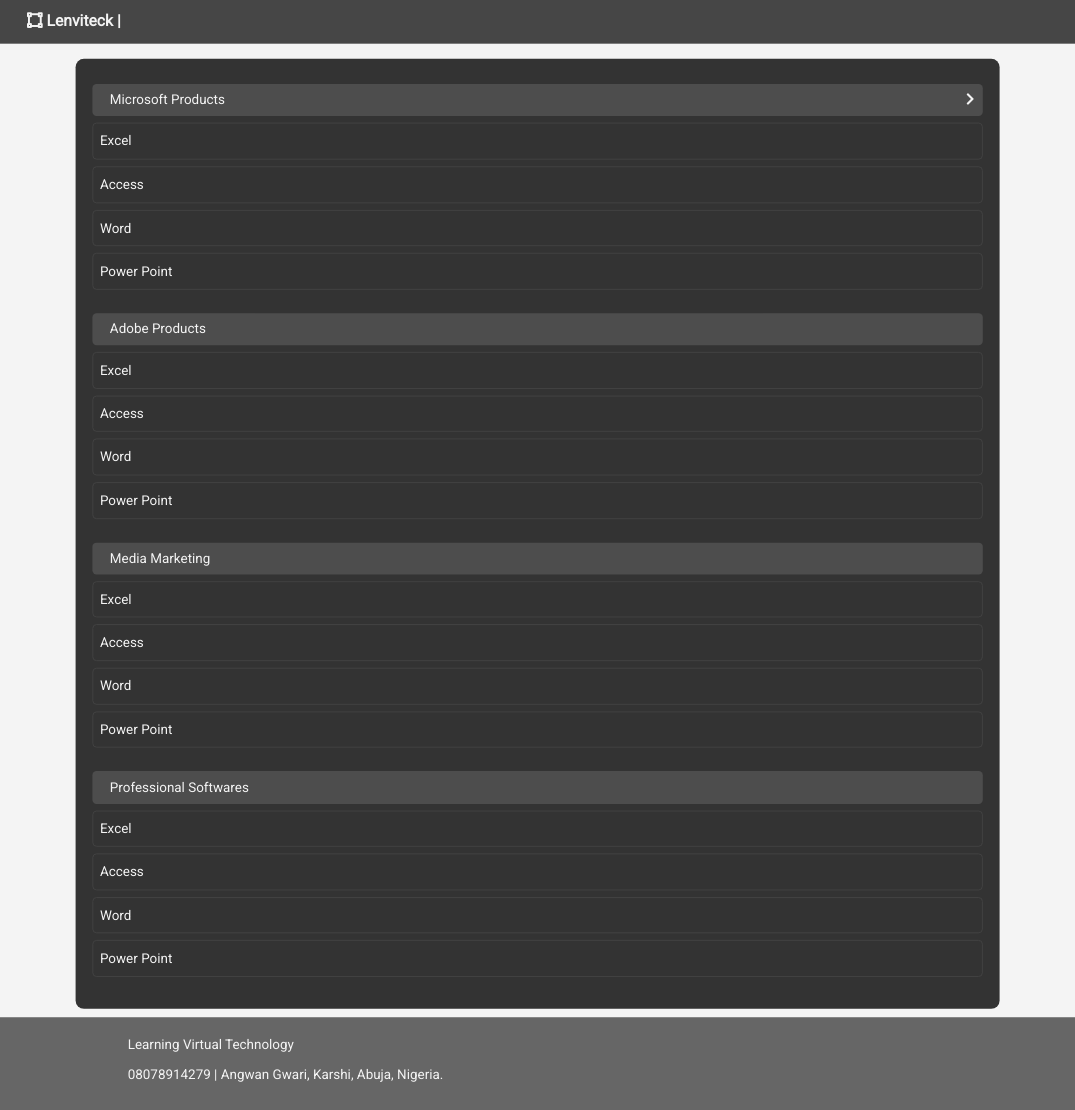
Repository: mxhdiqaim/lenviteck
Page: dist/trainingInstitute.html
These files come from the project's save history. The page is drawn as it stood at one moment and after the next save; the edit follows.
The browser window is 1280 px wide. The pictures show the whole page, at 84% of full size.
Some web libraries are served in a nearby version. The style sheet was rebuilt from its Sass, Less or Tailwind sources for each picture, by a compiler version that may differ from the author's.

Above is the page before, as saved 2021-04-15 17:13:27.

### dist/trainingInstitute.html
<!DOCTYPE html>
<html lang="en">
<head>
    <meta charset="UTF-8">
    <meta http-equiv="X-UA-Compatible" content="IE=edge">
    <meta name="viewport" content="width=device-width, initial-scale=1.0">
    <link rel="stylesheet" href="./styles/main.css">
    <link rel="stylesheet" href="https://pro.fontawesome.com/releases/v5.10.0/css/all.css"
    integrity="sha384-AYmEC3Yw5cVb3ZcuHtOA93w35dYTsvhLPVnYs9eStHfGJvOvKxVfELGroGkvsg+p" crossorigin="anonymous" />
    <title>Lenviteck - Training Institute</title>
</head>
<body>

    <section class="content">
      <nav class="navbar bg-dark">
          <div class="logo">
              <h1><i class="fas fa-vector-square"></i> Lenviteck  <span>|</span></h1>
          </div>
      </nav>
 <section class="container section-1">
    <div class="works-list drop-down">
        <a href="#" class="btn btn-block" >Microsoft Products<span><i class="fas fa-chevron-right"></i></span> </a>
        <ul>
            <li class="card"><a href="#">Excel</a></li>
            <li class="card"><a href="#">Access</a></li>
            <li class="card"><a href="#">Word</a></li>
            <li class="card"><a href="#">Power Point</a></li>
        </ul>
    </div>
    <div class="works-list">
        <a href="#" class="btn btn-block" >Adobe Products</a>
        <ul>
            <li class="card"><a href="#">Excel</a></li>
            <li class="card"><a href="#">Access</a></li>
            <li class="card"><a href="#">Word</a></li>
            <li class="card"><a href="#">Power Point</a></li>
        </ul>
    </div>
    <div class="works-list">
        <a href="#" class="btn btn-block" >Media Marketing</a>
        <ul>
            <li class="card"><a href="#">Excel</a></li>
            <li class="card"><a href="#">Access</a></li>
            <li class="card"><a href="#">Word</a></li>
            <li class="card"><a href="#">Power Point</a></li>
        </ul>
    </div>
    <div class="works-list">
        <a href="#" class="btn btn-block" >Professional Softwares</a>
        <ul>
            <li class="card"><a href="#">Excel</a></li>
            <li class="card"><a href="#">Access</a></li>
            <li class="card"><a href="#">Word</a></li>
            <li class="card"><a href="#">Power Point</a></li>
        </ul>
    </div>
 </section>


  </section>
      <footer>
         <div class="container-1">
             <p id="copy"></p>
         </div>
      </footer>

      <script>

          const date = new Date().getFullYear();

          document.getElementById("copy").innerHTML = ` <p>Learning Virtual Technology </p> <p>08078914279 | Angwan Gwari, Karshi, <span>Abuja, Nigeria</span>. </p>`;
      </script>
  </body>
</html>

### dist/styles/main.scss
// Import
@import url('https://fonts.googleapis.com/css?family=Roboto');

// Global variables
$primary-color: #dc3545;
$dark-color: #333333;
$light-color: #f4f4f4;
$danger-color: #dc3545;
$success-color: #28a745;

// Functions
@function set-text-color($color) {
  @if (lightness($color) > 40) {
    @return #000;
  } @else {
    @return #fff;
  }
}

* {
  padding: 0;
  margin: 0;
  box-sizing: border-box;
}

body {
  font-family: 'Roboto', sans-serif;
  font-size: 1rem;
  line-height: 1.6;
  color: set-text-color($light-color);
  background: $light-color;
}


a {
  color: set-text-color($light-color);
  text-decoration: none;
}

ul {
  list-style: none;
}

img {
  width: 100%;
}

.container {
  max-width: 1100px;
  margin: auto;
  overflow: hidden;
  padding: 0 2rem;
}

.container-1 {
  max-width: 1100px;
  margin-left: 100px;
  overflow: hidden;
  padding: 0 2rem;
}

.section-1 {
  padding: 20px 10px;
  background: $dark-color;
  color: $light-color;
  margin: 10px auto;
  border-radius: 10px;
  // height: calc(100vh - 100px);
  margin-top: 70px;

  .works-list {
    padding: 10px;
    width: 100%;
    transition: all .3s ease;

    ul li a {
      color: $light-color;
      transition: color .3s ease;

      &:hover {
        color: darken($light-color, 10);
      }
    }
  }
}

// cards
.card {
  padding: .5rem;
  border: #444 1px solid;
  border-radius: 5px;
  margin: 0.5rem 0;
}

.btn {
  display: inline-block;
  background: light-color;
  border-radius: 5px;
  padding: 0.4rem 1.3rem;
  font-size: 1rem;
  border: none;
  cursor: pointer;
  margin-right: 0.5rem;
  transition: opacity 0.2s ease-in;
  outline: none;
  background-color: lighten($dark-color, 10);
  color: $light-color;
  display: block;
  width: 100%;
  position: relative;

  span {
    position: absolute;
    right: 10px;
  }
}

.btn:hover {
  background-color: lighten($dark-color, 15);
}

input {
  margin: 1.2rem 0;
}

.btn-primary,
.bg-primary,
.badge-primary,
.alert-primary {
  background: $primary-color;
  color: #fff;
}

.btn-light,
.bg-light,
.badge-light,
.alert-light {
  background: $light-color;
  color: #333;
}

.btn-dark,
.bg-dark,
.badge-dark,
.alert-dark {
  background: $dark-color;
  color: #fff;
}

.btn-danger,
.bg-danger,
.badge-danger,
.alert-danger {
  background: $danger-color;
  color: #fff;
}

.btn-success,
.bg-success,
.badge-success,
.alert-success {
  background: $success-color;
  color: #fff;
}

.btn-white,
.bg-white,
.badge-white,
.alert-white {
  background: #fff;
  color: #333;
  border: #ccc solid 1px;
}



.bg-light,
.badge-light {
  border: #ccc solid 1px;
}

.navbar {
  display: flex;
  justify-content: space-between;
  align-items: center;
  padding: 0.7rem 2rem;
  z-index: 1;
  width: 100%;
  background: $dark-color;
  opacity: 0.9;
  color: $light-color;
  margin-bottom: 1rem;
  position: fixed;
  top: 0;
}

.navbar ul {
  display: flex;
}

.navbar a {
  color: #fff;
  padding: 0.45rem;
  margin: 0 0.25rem;
}

.navbar a:hover {
  color: $light-color;
}


// Footer
footer {
  background: lighten($dark-color, 20);
  display: flex;
  flex-direction: column;
  justify-content: flex-start;
  align-items: flex-start;
  color: $light-color;
  padding: 20px;

  ul {
    display: flex;

    li {
      margin: 10px;

      a {
        transition: all .3s ease;
        color: $light-color;

        &:hover {
          color: darken($light-color, 10);
        }
      }

    }
  }

  p {
    margin-bottom: 10px;
  }
}

// Media Query
@media (max-width: 700px) {
  .hide-sm {
    display: none;
  }

  /* Navbar */
  .navbar {
    display: block;
  }

  .navbar ul {
    text-align: center;
    justify-content: center;
  }

  // Footer
  .container-1 {
    max-width: 1100px;
    // margin-left: 100px;
    margin: auto;
    text-align: left;
    overflow: hidden;
    padding: 0 2rem;
  }

}

After the next save:
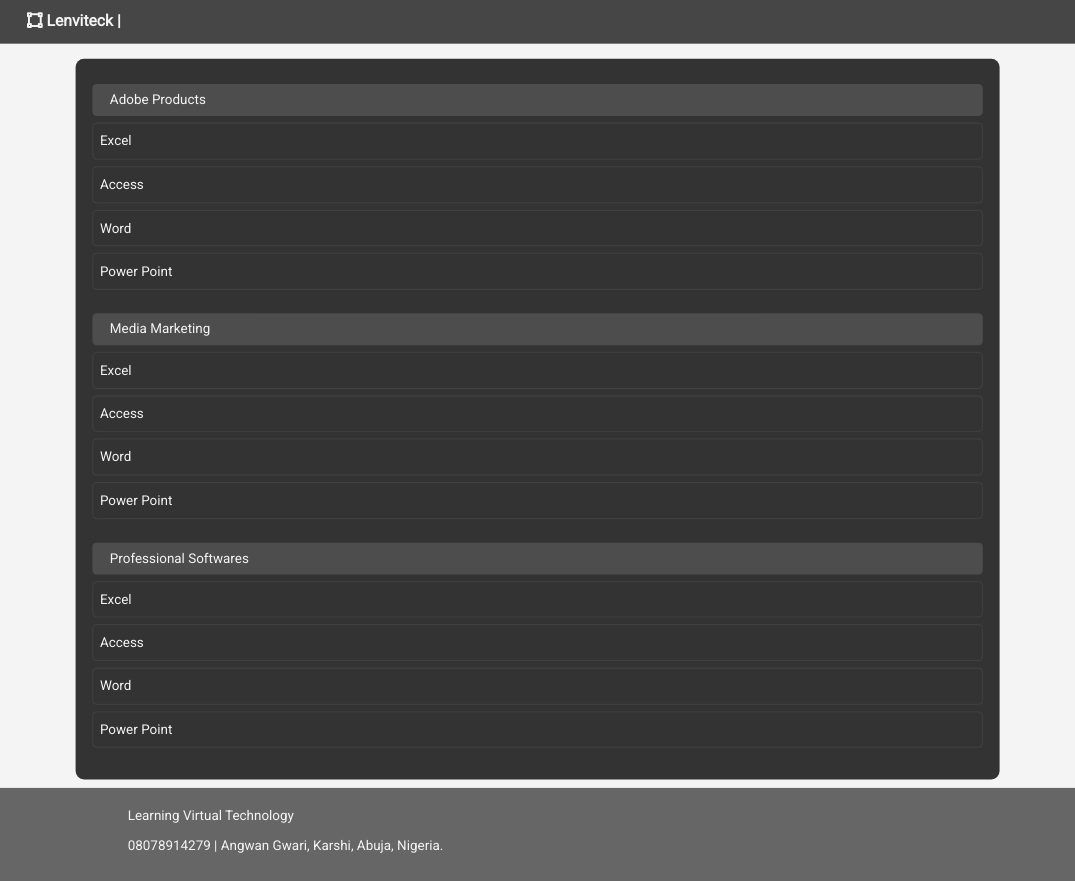
Saved 24 s later.
--- a/dist/styles/main.scss
+++ b/dist/styles/main.scss
@@ -209,6 +209,12 @@
 }
 
 
+// Drop Down Menu
+
+.drop-down {
+  display: none;
+}
+
 // Footer
 footer {
   background: lighten($dark-color, 20);

After the save that followed:
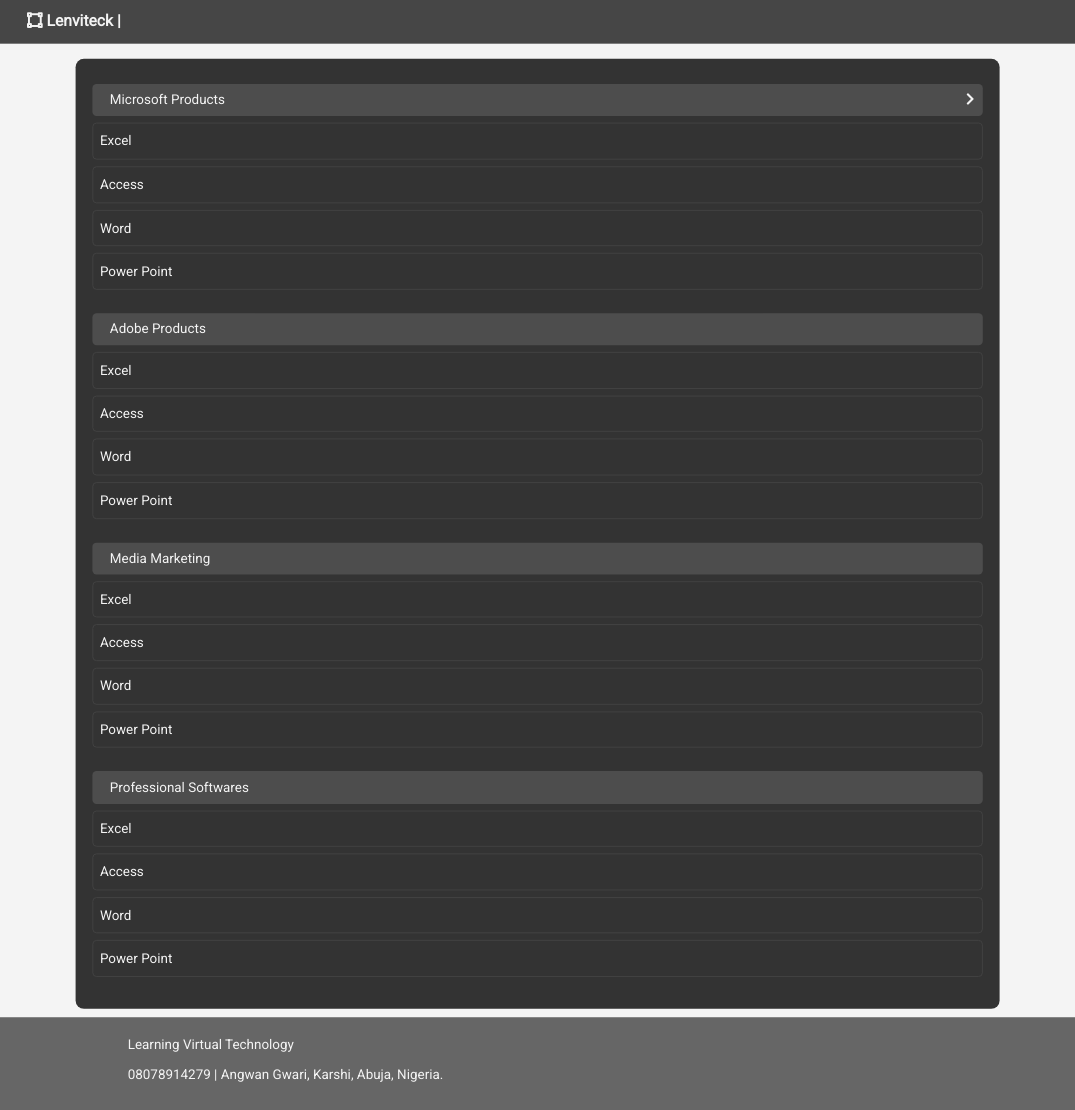
Saved 14 s later.
--- a/dist/styles/main.scss
+++ b/dist/styles/main.scss
@@ -212,7 +212,7 @@
 // Drop Down Menu
 
 .drop-down {
-  display: none;
+  // display: none;
 }
 
 // Footer
